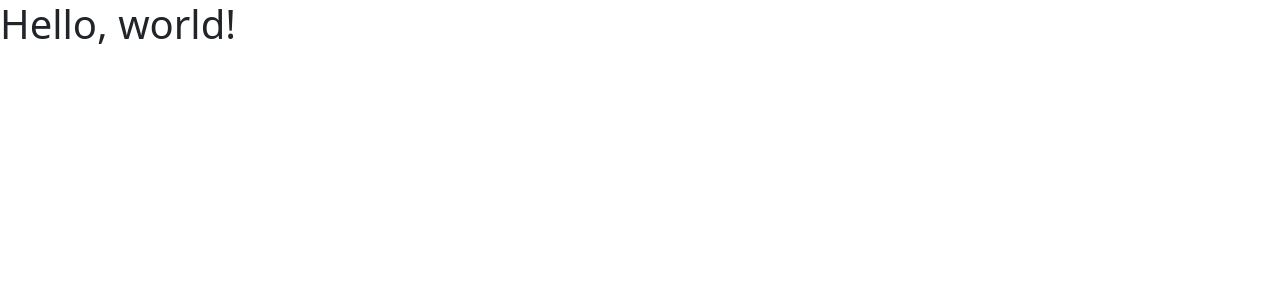
Repository: deep-poharkar/Django-Basics
Page: http://localhost/
These files come from the project's save history. The page is drawn as it stood at one moment and after the next save; the edit follows.
The browser window is 1280 px wide. The pictures show the whole page.
The page is served by the project's application, run on Django 4.2 (manage.py). Other server files are loaded and not shown.

Above is the page before, as saved 2023-05-13 23:27:19.

### templates/index.html
<!DOCTYPE html>
<html lang="en">
  <head>
    <meta charset="utf-8" />
    <meta name="viewport" content="width=device-width, initial-scale=1" />
    <title>Bootstrap demo</title>
    <link
      href="https://cdn.jsdelivr.net/npm/bootstrap@5.3.0-alpha3/dist/css/bootstrap.min.css"
      rel="stylesheet"
      integrity="sha384-KK94CHFLLe+nY2dmCWGMq91rCGa5gtU4mk92HdvYe+M/SXH301p5ILy+dN9+nJOZ"
      crossorigin="anonymous"
    />
  </head>
  <body>
    <h1>Hello, world!</h1>
    <script
      src="https://cdn.jsdelivr.net/npm/bootstrap@5.3.0-alpha3/dist/js/bootstrap.bundle.min.js"
      integrity="sha384-ENjdO4Dr2bkBIFxQpeoTz1HIcje39Wm4jDKdf19U8gI4ddQ3GYNS7NTKfAdVQSZe"
      crossorigin="anonymous"
    ></script>
  </body>
</html>

### home/views.py
from django.shortcuts import render
from django.http import HttpResponse
# Create your views here.

def index(request):
    context = {
        'variable1':'this is sent',
    }
    return render(request, 'index.html', context)

def about(request):
    return HttpResponse("This is about page")

def contact(request):
    return HttpResponse("This is contact page")

### firstproject/urls.py
"""
URL configuration for firstproject project.

The `urlpatterns` list routes URLs to views. For more information please see:
    https://docs.djangoproject.com/en/4.2/topics/http/urls/
Examples:
Function views
    1. Add an import:  from my_app import views
    2. Add a URL to urlpatterns:  path('', views.home, name='home')
Class-based views
    1. Add an import:  from other_app.views import Home
    2. Add a URL to urlpatterns:  path('', Home.as_view(), name='home')
Including another URLconf
    1. Import the include() function: from django.urls import include, path
    2. Add a URL to urlpatterns:  path('blog/', include('blog.urls'))
"""
from django.contrib import admin
from django.urls import path, include

urlpatterns = [
    path('admin/', admin.site.urls),
    path("", include("home.urls")),
    path("about", include("home.urls")),
    path("contact", include("home.urls")),
]

### home/urls.py
from django.contrib import admin
from django.urls import path
from home import views

urlpatterns = [
    path("", views.index, name='home'),
    path("about", views.about, name='about'),
    path("contact", views.contact, name='contact'),

]

After the next save:
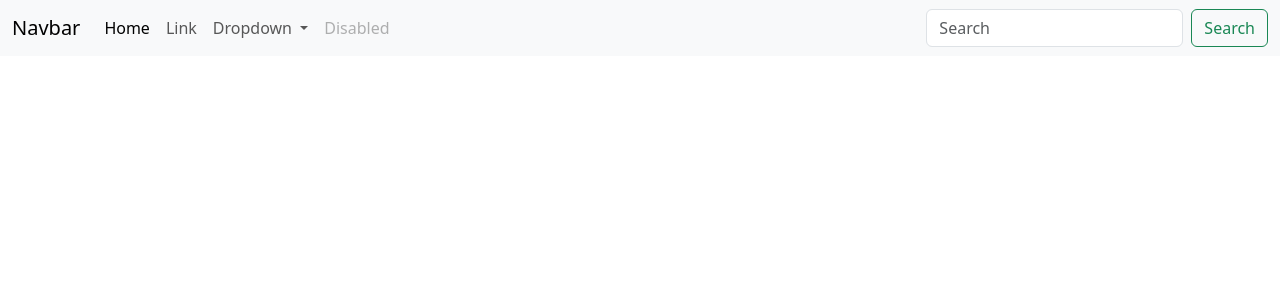
Saved 2 min 27 s later.
--- a/templates/index.html
+++ b/templates/index.html
@@ -12,7 +12,65 @@
     />
   </head>
   <body>
-    <h1>Hello, world!</h1>
+    <nav class="navbar navbar-expand-lg bg-body-tertiary">
+      <div class="container-fluid">
+        <a class="navbar-brand" href="#">Navbar</a>
+        <button
+          class="navbar-toggler"
+          type="button"
+          data-bs-toggle="collapse"
+          data-bs-target="#navbarSupportedContent"
+          aria-controls="navbarSupportedContent"
+          aria-expanded="false"
+          aria-label="Toggle navigation"
+        >
+          <span class="navbar-toggler-icon"></span>
+        </button>
+        <div class="collapse navbar-collapse" id="navbarSupportedContent">
+          <ul class="navbar-nav me-auto mb-2 mb-lg-0">
+            <li class="nav-item">
+              <a class="nav-link active" aria-current="page" href="#">Home</a>
+            </li>
+            <li class="nav-item">
+              <a class="nav-link" href="#">Link</a>
+            </li>
+            <li class="nav-item dropdown">
+              <a
+                class="nav-link dropdown-toggle"
+                href="#"
+                role="button"
+                data-bs-toggle="dropdown"
+                aria-expanded="false"
+              >
+                Dropdown
+              </a>
+              <ul class="dropdown-menu">
+                <li><a class="dropdown-item" href="#">Action</a></li>
+                <li><a class="dropdown-item" href="#">Another action</a></li>
+                <li><hr class="dropdown-divider" /></li>
+                <li>
+                  <a class="dropdown-item" href="#">Something else here</a>
+                </li>
+              </ul>
+            </li>
+            <li class="nav-item">
+              <a class="nav-link disabled">Disabled</a>
+            </li>
+          </ul>
+          <form class="d-flex" role="search">
+            <input
+              class="form-control me-2"
+              type="search"
+              placeholder="Search"
+              aria-label="Search"
+            />
+            <button class="btn btn-outline-success" type="submit">
+              Search
+            </button>
+          </form>
+        </div>
+      </div>
+    </nav>
     <script
       src="https://cdn.jsdelivr.net/npm/bootstrap@5.3.0-alpha3/dist/js/bootstrap.bundle.min.js"
       integrity="sha384-ENjdO4Dr2bkBIFxQpeoTz1HIcje39Wm4jDKdf19U8gI4ddQ3GYNS7NTKfAdVQSZe"
